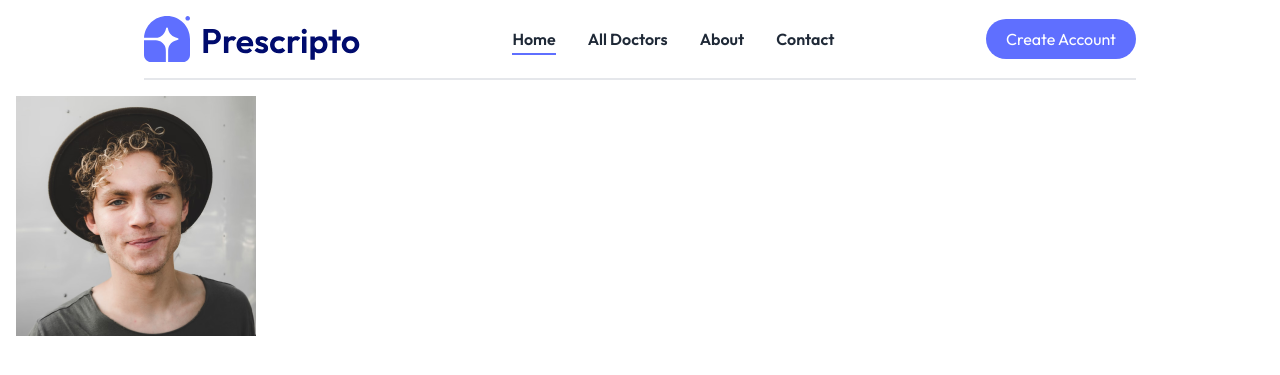
Repository: AzizHamdi99/Prescripto
Page: /profil (app in frontend/)
The author's editor kept a copy of each file at every save. The page is drawn from the files as they stood at one save, then again after the next save.
The browser window is 1280 px wide. The pictures show the whole page.
The page's requests for data from a server got no answer. The project was rebuilt for these pictures with package versions that can differ from the ones it lists, and the page was loaded fresh each time. No one was signed in, and anything a server would have sent is missing. Also part of the build but not shown: frontend/vite.config.js, frontend/src/components/Hero.jsx, frontend/src/components/Speciality.jsx, frontend/src/components/DoctorCard.jsx, frontend/src/components/TopDoctors.jsx, frontend/src/components/Banner.jsx, frontend/src/components/Footer.jsx, frontend/src/pages/Home.jsx and 7 more.

Above is the page before, as saved 2025-01-15 18:19:22.

After the next save:
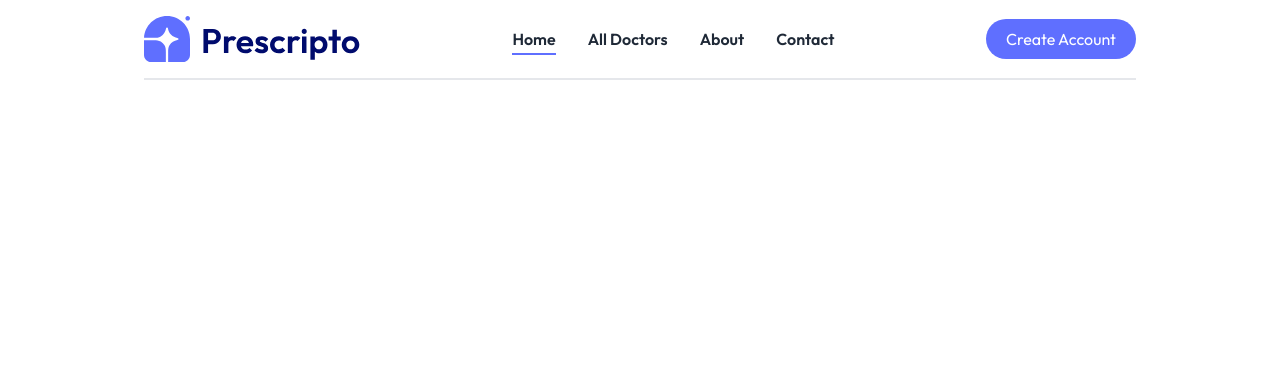
Saved 79 s later.
--- a/frontend/src/pages/Profile.jsx
+++ b/frontend/src/pages/Profile.jsx
@@ -46,7 +46,7 @@
 
   return(
     <div>
-      <img src={assets.profile_pic} className="bg-black" alt="" />
+      <img src={assets.up} className="bg-black" alt="" />
 
 
 
